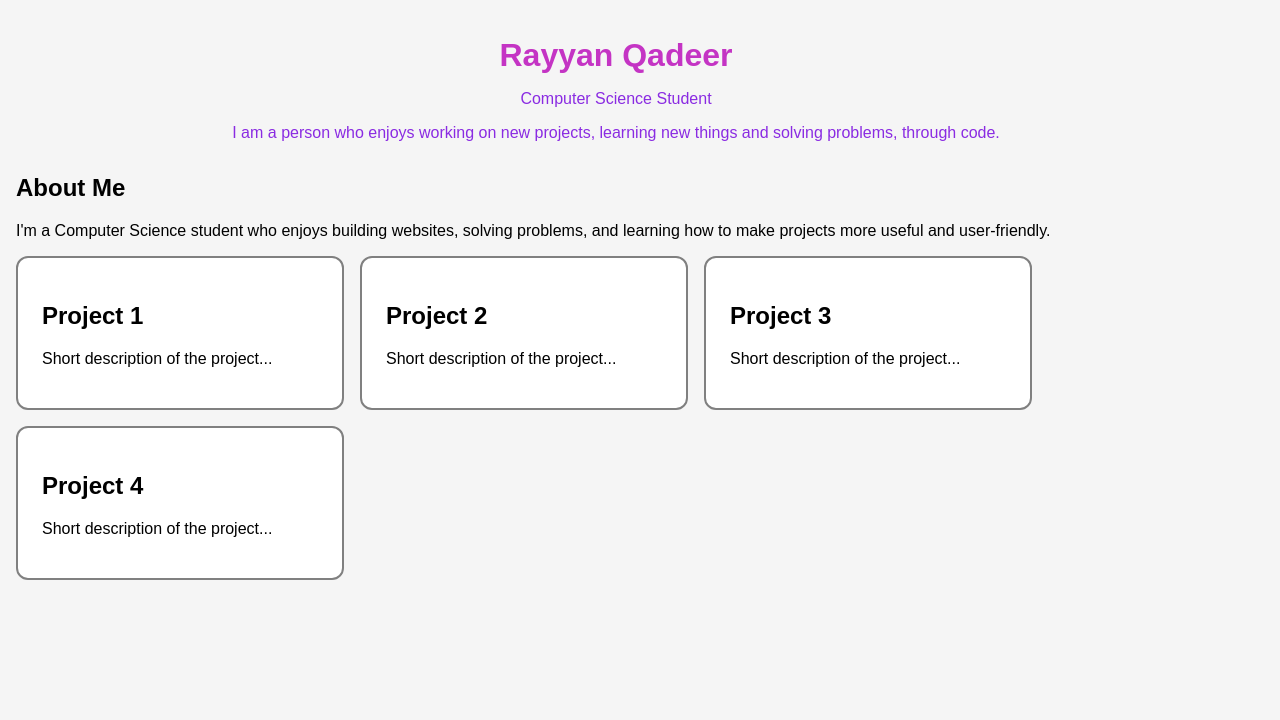
Repository: rayyan-qadeer/rayyan-qadeer
Page: index.html
The author's editor kept a copy of each file at every save. The page is drawn from the files as they stood at one save, then again after the next save.
The browser window is 1280 px wide. The pictures show the whole page.

Above is the page before, as saved 2026-05-06 03:03:58.

After the next save:
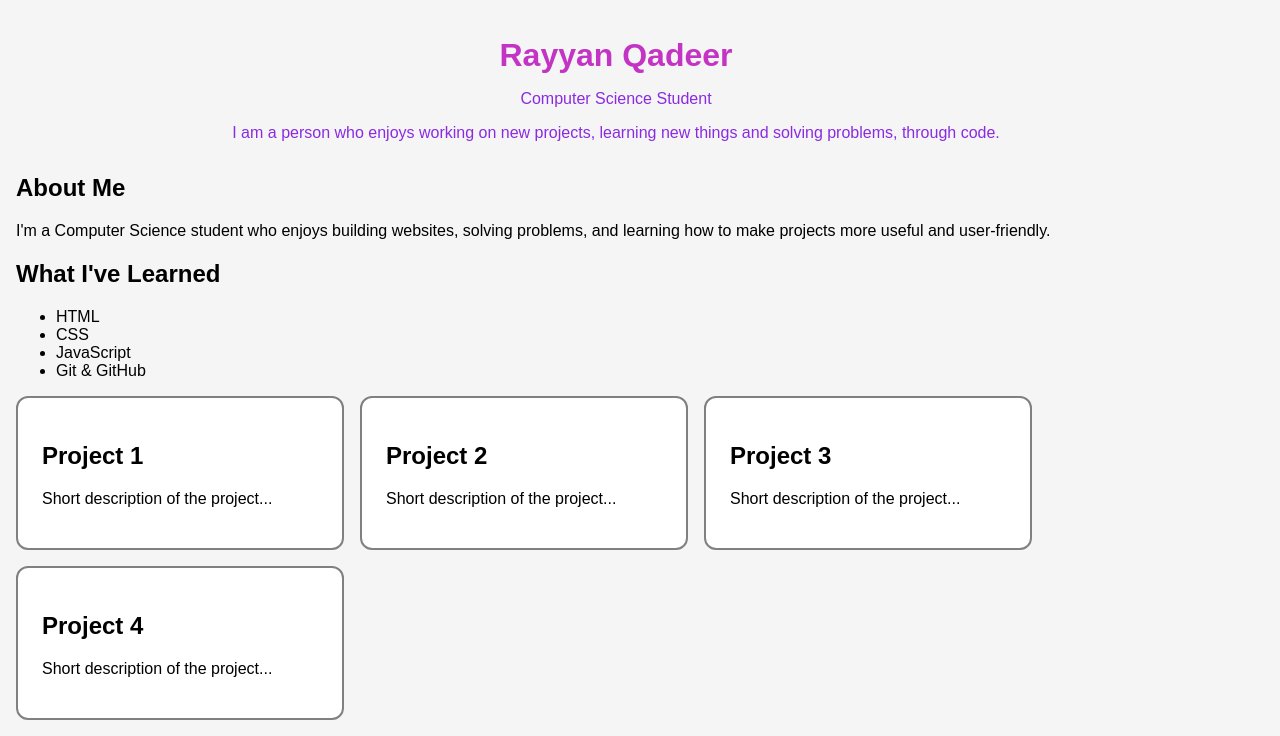
Saved 89 s later.
--- a/index.html
+++ b/index.html
@@ -19,7 +19,18 @@
 
       <section class ="about">
         <h2>About Me</h2>
-        <p>I'm a Computer Science student who enjoys building websites, solving problems, and learning how to make projects more useful and user-friendly.</p>
+        <p>I'm a Computer Science student who enjoys building websites, solving problems, and learning how to make projects more useful and user-friendly.
+        </p>
+      </section>
+
+      <section class ="skills">
+        <h2>What I've Learned</h2>
+        <ul>
+          <li>HTML</li>
+          <li>CSS</li>
+          <li>JavaScript</li>
+          <li>Git & GitHub</li>
+        </ul>
       </section>
 
       <section class="projects">
